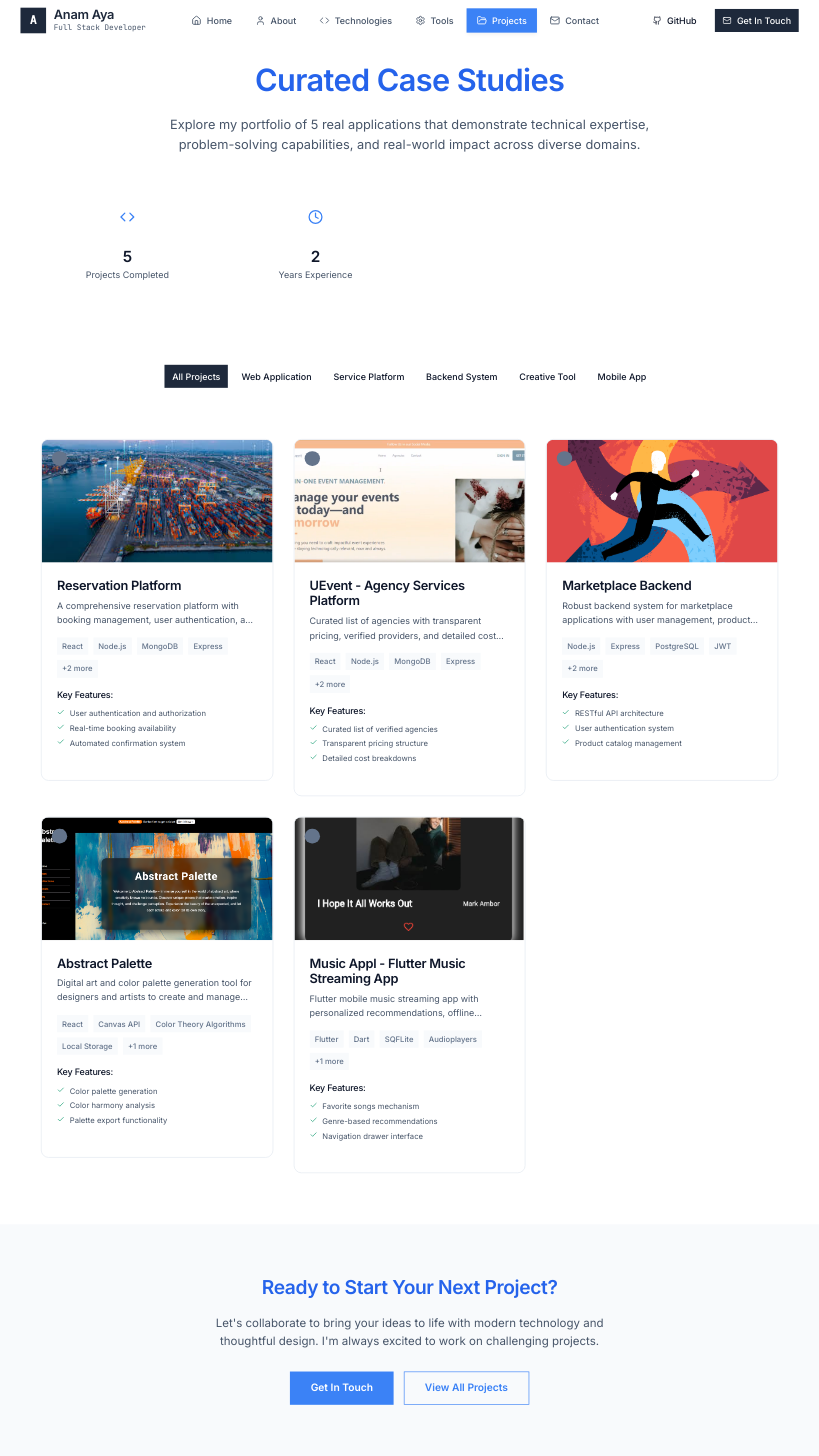
Repository: ayaaas/portflio_aya
Page: /projects-curated-case-studies
The author's editor kept a copy of each file at every save. The page is drawn from the files as they stood at one save, then again after the next save.
The browser window is 1280 px wide. The pictures show the whole page, at 64% of full size.
The project was rebuilt for these pictures with package versions that can differ from the ones it lists, and the page was loaded fresh each time. Also part of the build but not shown: vite.config.mjs, src/components/ErrorBoundary.jsx, src/pages/hero-section-developer-portfolio/components/ProfileImage.jsx, src/pages/hero-section-developer-portfolio/components/AnimatedText.jsx, src/pages/hero-section-developer-portfolio/components/HeroContent.jsx, src/pages/hero-section-developer-portfolio/components/BackgroundPattern.jsx, src/pages/hero-section-developer-portfolio/components/ScrollIndicator.jsx, src/pages/hero-section-developer-portfolio/index.jsx and 24 more.

Above is the page before, as saved 2025-07-19 22:09:42.

After the next save:
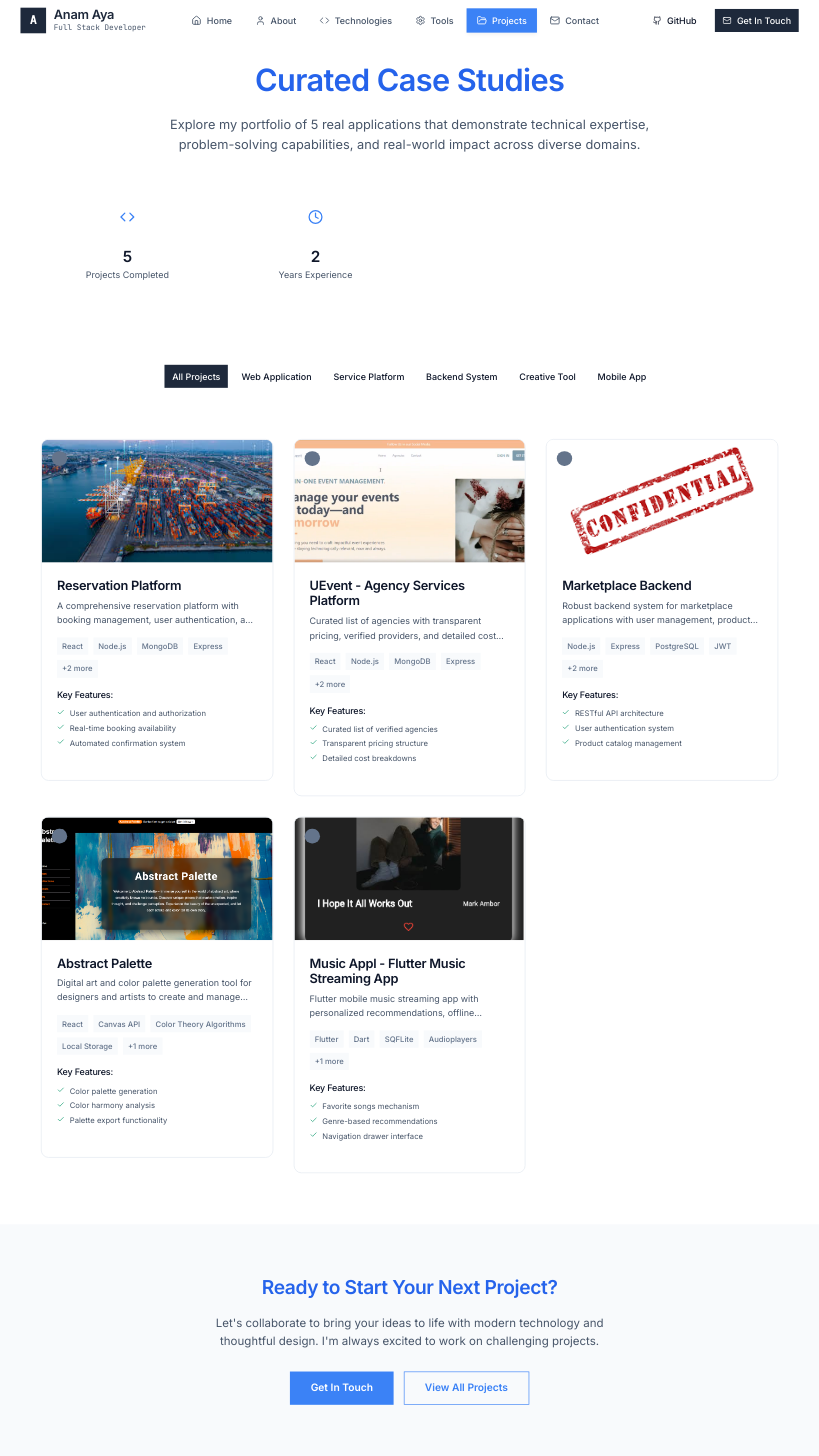
Saved 8 s later.
--- a/src/pages/projects-curated-case-studies/index.jsx
+++ b/src/pages/projects-curated-case-studies/index.jsx
@@ -72,7 +72,7 @@ const ProjectsCuratedCaseStudies = () => {
       category: "Backend System",
       description: "Robust backend system for marketplace applications with user management, product catalog, and order processing capabilities.",
       detailedDescription: "A comprehensive backend system designed for marketplace applications. Features include user authentication, product management, order processing, payment integration, and real-time notifications.",
-      image: "",
+      image: "public/assets/images/téléchargement.png",
       additionalImages: [
       ],
       technologies: ["Node.js", "Express", "PostgreSQL", "JWT", "Stripe API", "Socket.io"],
